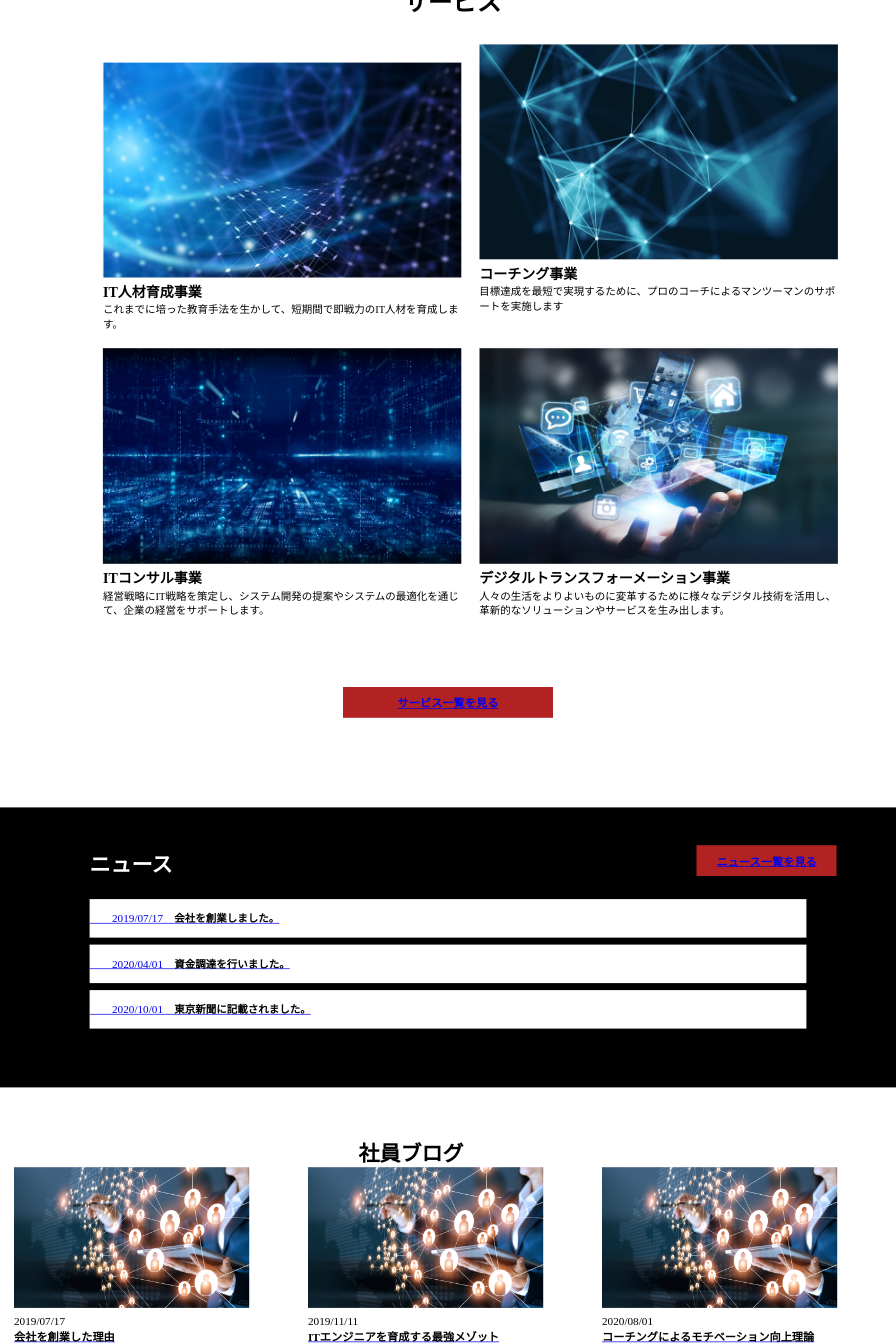
Repository: sigemasaasuka/20211012sigemasa
Page: index.html
The author's editor kept a copy of each file at every save. The page is drawn from the files as they stood at one save, then again after the next save.
The browser window is 1280 px wide. The pictures show the part of the page from y = 859 to 2779 px (the page is 2779 px tall before and 2776 px after), at 70% of full size.

Above is the page before, as saved 2021-10-20 16:43:08.

### index.html
<!DOCTYPE html>
<html lang="ja">

<head>
  <meta charset="UTF-8">
  <meta name="viewport" content="width=device-width, initial-scale=1.0">
  <title>Document</title>

    <link rel="stylesheet" href="css/reset.css">
    <link rel="stylesheet" href="css/index.css">
</head>
<body>
  <header class="header">
    <div class="header-logo">
      <img class="logo" src="img/logo.png" alt="logo">
    </div>
    <nav class="header-nav">
      <ul class="header-nav-list">
        <li class="header-nav-item"><a href="index.html">ホーム</a></li>
        <li class="header-nav-item"><a href="service.html">事業内容</a></li>
        <li class="header-nav-item"><a href="news.html">ニュース</a></li>
        <li class="header-nav-item"><a href="blog.html">社員ブログ</a></li>
        <li class="header-nav-item"><a href="company.html">会社概要</a></li>
        <li class="header-nav-item"><a href="recruit.html">採用情報</a></li>
        <li class="header-nav-item"><a href="contact.html">お問い合わせ</a></li>
      </ul>
    </nav>
  </header>
  <div class="home">
  <div class="home-photo">
    <div class="home-title">
    <p>最新のテクノロジーで社会課題を解決</p>
      <div class="home-title2">
      <p>Solving　issues　with　the　latest　technology</p>
     </div>
    </div>
    </div>
    </div>
    <div class="home-color">
      <div class="hope">
        <p><br><br>株式会社TECHの想い</p>
        <div class="hope2">
          <p>あらゆる産業において、新たなデジタル技術を使ってこれまでにないビジネスモデルを展開する新規参加者が登場し、ゲームチェンジが起ころうとしています。こうした<br>中で、各企業は、競争力維持・強化のために、DXを迅速に進めていくことが求められています。しかし、DXにおいて投資コストは非常にかかります。株式会社TECHでは<br>独自のオペレーションと人材教育により、他社よりも価格を抑えた開発を行います。</p>
        </div>
      </div>
    </div>
    <div class="service">
      <p>サービス</p>
      </div>
      <div class="png1">
      <div class="service1">
        <img  src="img/service1.png"  alt="service1">
        <div class="it">
        <p>IT人材育成事業</p>
        <div class="it2">
        <p>これまでに培った教育手法を生かして、短期間で即戦力のIT人材を育成します。</p>
        </div>
      </div>
      </div>
      <div class="service2">
      <img  src="img/service2.png" alt="service2">
      <div class="coach">
        <p>コーチング事業</p>
        <div class="coach2">
          <p>目標達成を最短で実現するために、プロのコーチによるマンツーマンのサポートを実施します</p>
        </div>
      </div>
      </div>
      </div>
      <div class="png2">
      <div class="service3">
        <img src="img/service3.png" alt="service3">
        <div class="Consultant">
          <p>ITコンサル事業</p>
          <div class="Consultant2">
            <p>経営戦略にIT戦略を策定し、システム開発の提案やシステムの最適化を通じて、企業の経営をサポートします。</p>
          </div>
        </div>
      </div>
      <div class="service4">
        <img src="img/service4.png" alt="service4">
        <div class="formation">
          <p>デジタルトランスフォーメーション事業</p>
          <div class="formation2">
            <p>人々の生活をよりよいものに変革するために様々なデジタル技術を活用し、革新的なソリューションやサービスを生み出します。</p>
          </div>
        </div>
      </div>
      </div>
      <div class="list">
        <a href="service.html">サービス一覧を見る</a>
      </div>
      <div class="news">
        <div class="nesw-list">
          <div class="news-font">
          <p>ニュース</p></div>
          <div class="news-button">
            <a href="news.html">ニュース一覧を見る</a>
          </div>
        </div>
        <div class="news-info1">
          <a href="index.html">　　2019/07/17　<span class="co">会社を創業しました。</span></a></div>
          <div class="news-info2">
          <a href="index.html">　　2020/04/01　<span class="fund">資金調達を行いました。</span></a></div>
          <div class="news-info3">
          <a href="index.html">　　2020/10/01　<span class="newspaper">東京新聞に記載されました。</span></a></div>
      </div>
      <div class="blog">
        <p>社員ブログ</p>
        </div>
        <div class="blog-column">
        <div class="reason">
        <div class="reason-png">
          <a href="index.html">
            <img src="img/blog.png" alt="blog">
          </a>
          <p class="reason1">2019/07/17</p>
          <a href="index.html"><p class="reason2">会社を創業した理由</p></a>
        </div>
        </div>
        <div class="nurturing">
        <div class="nurturing-png">
          <a href="index.html">
            <img src="img/blog.png" alt="blog">
          </a>
          <p class="nurturing1">2019/11/11</p>
          <a href="index.html">
            <p class="nurturing2">ITエンジニアを育成する最強メゾット</p>
          </a>
        </div>
      </div>
      <div class="coaching">
        <div class="coaching-png">
        <a href="index.html">
          <img src="img/blog.png" alt="blog">
        </a>
        <p class="coaching1">2020/08/01</p>
        <a href="index.html">
          <p class="coaching2">コーチングによるモチベーション向上理論</p>
        </a>
        </div>
        </div>
        </div>


<script src="js/main.js"></script>
</body>
</html>

### css/reset.css
@charset "UTF-8";
html, body, div, span, applet, object, iframe,
h1, h2, h3, h4, h5, h6, p, blockquote, pre,
a, abbr, acronym, address, big, cite, code,
del, dfn, em, img, ins, kbd, q, s, samp,
small, strike, strong, sub, sup, tt, var,
b, u, i, center,
dl, dt, dd, ol, ul, li,
fieldset, form, label, legend,
table, caption, tbody, tfoot, thead, tr, th, td,
article, aside, canvas, details, embed,
figure, figcaption, footer, header, hgroup,
menu, nav, output, ruby, section, summary,
time, mark, audio, video {
margin: 0;
padding: 0;
border: none;
font-style: normal;
text-align: left;
zoom: 1;
}
article, aside, details, figcaption, figure,
footer, header, hgroup, menu, nav, section {
display: block;
}
table {
border-collapse: collapse;
font-family: inherit;
}
h1,h2,h3,h4,h5 {
font-size: 100%;
font-weight: normal;
line-height: 1;
}
input,textarea,select {
font-family: inherit;
font-size: 16px;
}
input[type="button"],input[type="text"],input[type="submit"] {
 -webkit-appearance: none;
 border-radius: 0;
}
textarea {
resize: none;
-webkit-appearance: none;
border-radius: 0;
}
th,td {
border-collapse: collapse;
}
table th,table td {
white-space: nowrap;
}
ul,ol {
list-style-type: none;
}
img {
vertical-align: text-bottom;
vertical-align: -webkit-baseline-middle;
max-width: 100%;
height: auto;
width /***/:auto;
}

### css/index.css
.logo {
  text-decoration: none;
  color: inherit;
  width: 50%;
}
.header {
  width: 100%;
  display: flex;
  justify-content: space-between;
  align-items: center;
  height: 70px;
  padding: 0 30px;
  position: fixed;
  box-sizing: border-box;
  background-color: #fff;
  color: #000;
}

.a {
  text-decoration: none;
}

.header-ttl {
  font-size: 24px;
  width: 80px;
}

.header-nav-list {
  display: flex;
  font-weight: bold;
}

.header-nav-item:not(:last-child) {
  margin-right: 30px;
}

.home-photo {
  position: relative;
  padding-top: calc(250 / 683 * 100%); /* calc(画像高さ ÷ 画像横幅 × 100%) */
  background: url(../img/mv.png) center center / cover no-repeat;
}

.home-title {
  display: flex;
  flex-direction: column;
  position: absolute;
  font-size: 50px;
  margin-left: 20%;
  top: 40%;
  font-weight: bolder;
  color: #fff;
}

.home-title2 {
  display: flex;
  position: absolute;
  font-size: 20px;
  margin-top: 45px;
  margin-left: 23%;
  top: 40%;
  font-weight: bold;
  color: #fff;
}

.home-color {
  background-color: #000;
  height: 300px;
}

.hope {
  top: 30%;
  display: flex;
  flex-direction: column;
  font-weight: bolder;
  font-size: 30px;
  margin-left: 10%;
  color: #fff;
}

.hope2 {
  display: flex;
  font-size: 15px;
  margin-top: 20px;
  font-weight: normal;
  color: #fff;
}

.service {
  margin-top: 5%;
  margin-left: 45%;
  font-size: 35px;
  font-weight: bolder;
}

.png1 {
  display: flex;
  justify-content: center;
}

.service1 {
  margin-top: 5%;
  margin-left: 5%;
  width: 40%;
}

.it {
  margin-top: 1%;
  font-size: 20px;
  font-weight: bolder;
}

.it2 {
  font-size: 15px;
  font-weight: normal;
}

.service2 {
  margin-top: 3%;
  margin-left: 2%;
  width: 40%;
}

.coach {
  margin-top: 1%;
  font-size: 20px;
  font-weight: bolder;
}

.coach2 {
  font-size: 15px;
  font-weight: normal;
}

.png2 {
  display: flex;
  justify-content: center;
}

.service3 {
  margin-top: 2%;
  margin-left: 5%;
  width: 40%;
}

.Consultant {
  margin-top: 1%;
  font-size: 20px;
  font-weight: bolder;
}

.Consultant2 {
  font-size: 15px;
  font-weight: normal;
}

.service4 {
  margin-top: 2%;
  margin-left: 2%;
  width: 40%;
}

.formation {
  margin-top: 1%;
  font-size: 20px;
  font-weight: bolder;
}

.formation2 {
  font-size: 15px;
  font-weight: normal;
}

.list {
  width: 300px;
  padding: 10px 0;
  color: #fff;
  font-weight: bold;
  background: #b22222;
  text-align: center;
  margin: 100px auto 0;
  display: block;
}

.news {
  margin-top: 10%;
  background-color: #000;
  height: 400px;
}

.nesw-list {
  margin-left: 10%;
  display: flex;
  justify-content: flex-start;
  align-items: center;
}

.news-font {
  font-weight: bold;
  font-size: 30px;
  color: #fff;
  margin-top: 5%;
}

.news-button {
  color: #fff;
  margin-top: 50px;
  margin-left: 65%;
  width: 200px;
  padding: 10px 0;
  font-weight: bold;
  background: #b22222;
  text-align: center;
  display: block;
}

.news-info1 {
  margin-top: 30px;
  margin-left: 10%;
  width: 80%;
  height: 35px;
  padding: 10px 0;
  background: #fff;
  line-height: 35px;
  display: block;
  color: #000;
}
.co {
  font-size: 15px;
  font-weight: bold;
  color: #000;
}

.news-info2 {
  margin-top: 10px;
  margin-left: 10%;
  width: 80%;
  height: 35px;
  padding: 10px 0;
  background: #fff;
  line-height: 35px;
  display: block;
  color: #000;
}
.fund {
  font-size: 15px;
  font-weight: bold;
  color: #000;
}

.news-info3 {
  margin-top: 10px;
  margin-left: 10%;
  width: 80%;
  height: 35px;
  padding: 10px 0;
  background: #fff;
  line-height: 35px;
  display: block;
  color: #000;
}
.newspaper {
  font-size: 15px;
  font-weight: bold;
  color: #000;
}

.blog {
  margin-top: 70px;
  margin-left: 40%;
  font-size: 30px;
  font-weight: bolder;
}
.blog-column {
  margin-left: 20px;
  display: flex;
  justify-content: center;
}

.reason-png {
  width: 80%;
}

.reason1 {
  margin-top: 10px;
  color: #000;
}

.reason2 {
  font-weight: bolder;
  color: #000;
}

.nurturing-png {
  width: 80%;
}

.nurturing1 {
  margin-top: 10px;
  color: #000;
}

.nurturing2 {
  font-weight: bolder;
  color: #000;
}

.coaching-png {
  width: 80%;
}

.coaching1 {
  margin-top: 10px;
  color: #000;
}

.coaching2 {
  font-weight: bolder;
  color: #000;
}

Loaded but not shown: js/main.js (no stored copy; drawn as an empty file)

After the next save:
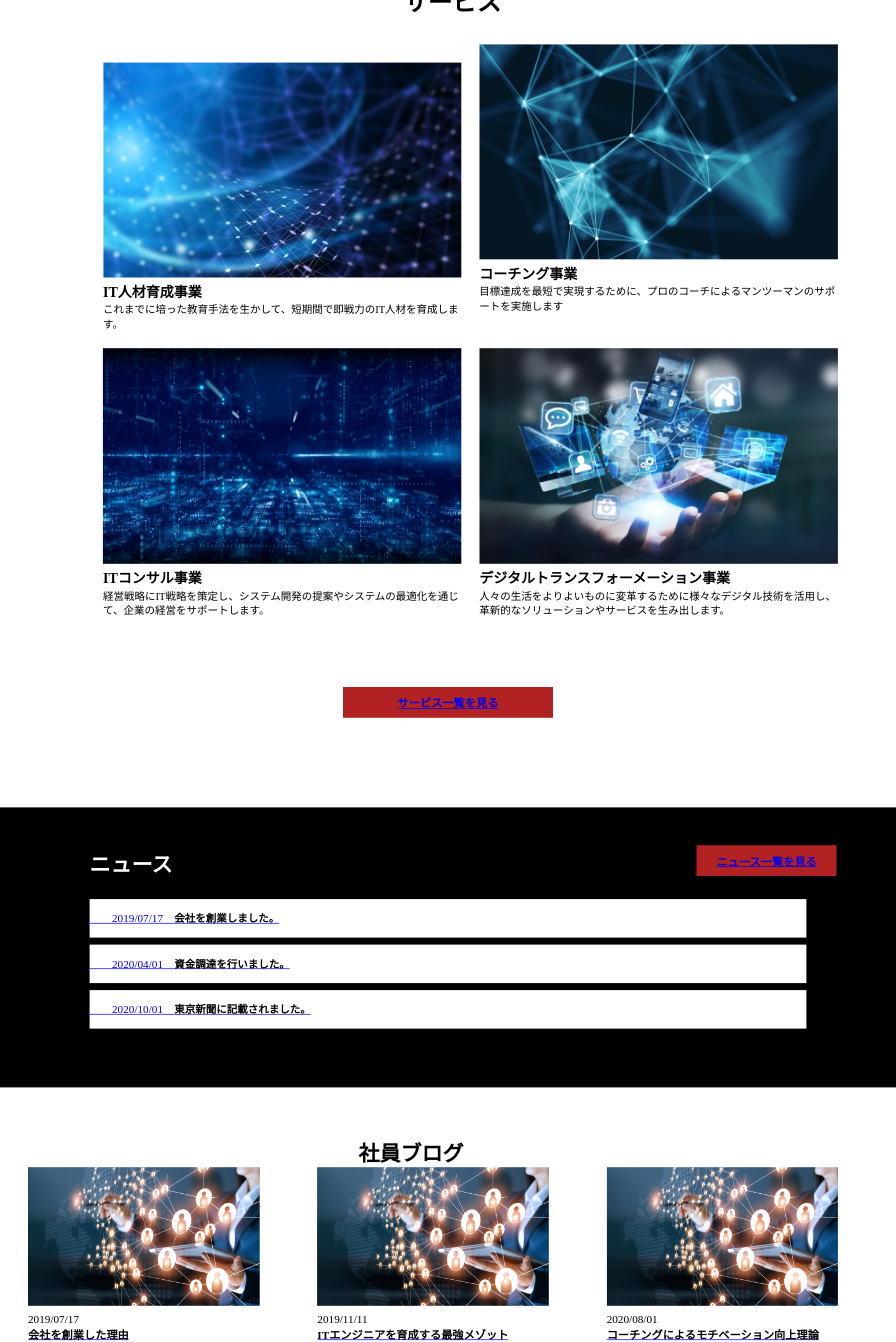
Saved 11 s later.
--- a/css/index.css
+++ b/css/index.css
@@ -271,7 +271,7 @@
   font-weight: bolder;
 }
 .blog-column {
-  margin-left: 20px;
+  margin-left: 40px;
   display: flex;
   justify-content: center;
 }
